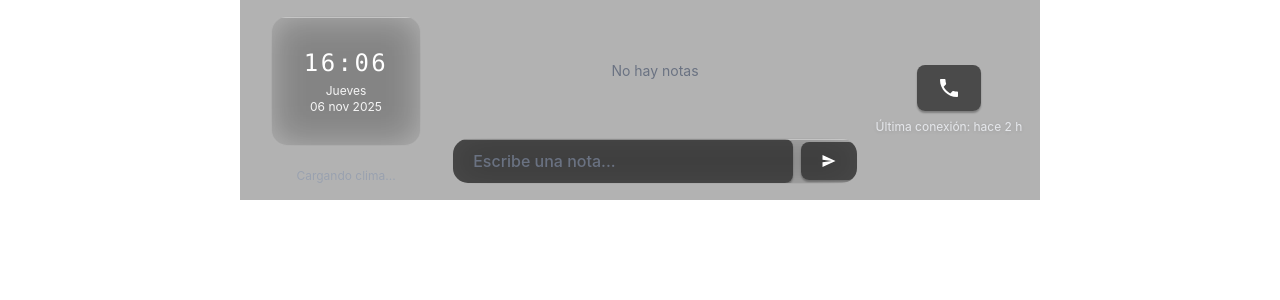
Repository: CodeByEvans/my-romantic-widget
Page: /
These files come from the project's save history. The page is drawn as it stood at one moment and after the next save; the edit follows.
The browser window is 1280 px wide. The pictures show the whole page.
The page's requests for data from a server got no answer. The project was rebuilt for these pictures with package versions that can differ from the ones it lists, and the page was loaded fresh each time. No one was signed in, and anything a server would have sent is missing. Also part of the build but not shown: vite.config.ts.

Above is the page before, as saved 2025-11-07 12:39:59.

### src/App.tsx
import "./App.css";
import { Clock } from "./components/Clock";
import { WeatherWidget } from "./components/WeatherWidget";
import { NotesList } from "./components/NotesList";
import { NoteInput } from "./components/NoteInput";
import { CallButton } from "./components/CallButton";

function App() {
  return (
    <main data-tauri-drag-region>
      {/* Clima + Reloj */}
      <section className="flex flex-col justify-between items-center h-full w-[180px] gap-2">
        <Clock />
        <WeatherWidget />
      </section>

      {/* Notas + input */}
      <section className="flex flex-col justify-between h-full flex-1">
        <NotesList />
        <NoteInput />
      </section>

      {/* Llamada */}
      <section className="flex flex-col justify-center items-center h-full w-[150px]">
        <CallButton />
        <p className="text-xs text-gray-200 mt-2 drop-shadow-sm">
          Última conexión: hace 2 h
        </p>
      </section>
    </main>
  );
}

export default App;

### src/App.css
@import "tailwindcss";

/* ======== CONFIGURACIÓN BASE ======== */
:root {
  font-family: Inter, Avenir, Helvetica, Arial, sans-serif;
  font-size: 16px;
  line-height: 24px;
  font-weight: 400;
  color: #f6f6f6;
  font-synthesis: none;
  text-rendering: optimizeLegibility;
  -webkit-font-smoothing: antialiased;
  -moz-osx-font-smoothing: grayscale;
  -webkit-text-size-adjust: 100%;
}

/* ======== ESTILO GLOBAL DE LA APP ======== */
main {
  position: relative;
  width: 800px;
  height: 200px;
  margin: 0 auto;
  display: flex;
  align-items: center;
  justify-content: space-between;
  gap: 1rem;
  padding: 1rem;

  /* Fondo cristal oscuro */
  background: rgba(0, 0, 0, 0.3);
  backdrop-filter: blur(18px) saturate(160%);
  -webkit-app-region: drag; /* Permitir mover la ventana */
}

/* ======== ELEMENTOS ======== */
input,
button {
  border-radius: 8px;
  border: 1px solid transparent;
  padding: 0.6em 1.2em;
  font-size: 1em;
  font-weight: 500;
  font-family: inherit;
  color: #fff;
  background-color: rgba(30, 30, 30, 0.7);
  transition: border-color 0.25s, background-color 0.25s;
  box-shadow: 0 2px 2px rgba(0, 0, 0, 0.3);
  -webkit-app-region: no-drag;
}

button:hover {
  border-color: #396cd8;
}

button:active {
  background-color: rgba(40, 40, 40, 0.7);
}

/* Enlaces */
a {
  font-weight: 500;
  color: #61dafb;
  text-decoration: inherit;
}

a:hover {
  color: #24c8db;
}

/* Otros elementos */
h1 {
  text-align: center;
}

.theme-glass {
  border-radius: 16px;
  border: 1px solid rgba(255, 255, 255, 0.15);
  background: rgba(255, 255, 255, 0.05);
  backdrop-filter: blur(18px) saturate(160%);
  position: relative;
  overflow: hidden;
}

/* Capa de brillo sutil */
.theme-glass::before {
  content: "";
  position: absolute;
  inset: 0;
  background: rgba(255, 255, 255, 0.1);
  opacity: 0;
  transition: opacity 0.5s;
}

.theme-glass:hover::before {
  opacity: 0.2;
}

/* Reflejo superior */
.theme-glass::after {
  content: "";
  position: absolute;
  top: 0;
  left: 0;
  right: 0;
  height: 1px;
  background: rgba(255, 255, 255, 0.4);
}

/* ======== INPUTS GENÉRICOS TEMÁTICOS ======== */
.theme-input {
  flex: 1;
  font-size: 0.9rem;
  padding: 0.6em 0.8em;
  border-radius: 10px;
  border: 1px solid var(--input-border);
  background: var(--input-bg);
  color: var(--input-text);
  transition: background 0.3s, border-color 0.3s, color 0.3s;
}

.theme-input::placeholder {
  color: var(--input-placeholder);
}

.theme-input:focus {
  outline: none;
  border-color: var(--input-border-focus);
  background: var(--input-bg-focus);
}

/* ======== BOTÓN TEMÁTICO ======== */
.theme-button {
  display: flex;
  align-items: center;
  justify-content: center;
  padding: 0.5rem;
  border-radius: 50%;
  border: 1px solid transparent;
  background: var(--button-bg);
  color: var(--button-text);
}

.theme-button:hover {
  background: var(--button-bg-hover);
  border-color: var(--button-border-hover);
}

### src/components/Clock.tsx
import { useEffect, useState } from "react";

export const Clock = () => {
  const [time, setTime] = useState(new Date());

  useEffect(() => {
    const interval = setInterval(() => {
      setTime(new Date());
    }, 1000);
    return () => clearInterval(interval);
  }, []);

  const hours = time.getHours().toString().padStart(2, "0");
  const minutes = time.getMinutes().toString().padStart(2, "0");

  const day = time.toLocaleDateString("es-ES", { weekday: "long" });
  const date = time.toLocaleDateString("es-ES", {
    day: "2-digit",
    month: "short",
    year: "numeric",
  });

  return (
    <div className=" rounded-xl  px-3 py-2 flex flex-col items-center justify-center w-[150px] h-[130px] theme-glass ">
      <p className="text-2xl font-mono tracking-widest text-white">
        {hours}:{minutes}
      </p>
      <p className="text-xs text-white-600 mt-1 capitalize">{day}</p>
      <p className="text-xs text-white-500">{date}</p>
    </div>
  );
};

### src/components/WeatherWidget.tsx
import { JSX } from "react";
import { useWeather } from "../hooks/useWeather";
import {
  WiDaySunny,
  WiCloud,
  WiRain,
  WiSnow,
  WiThunderstorm,
  WiFog,
  WiDayHaze,
} from "react-icons/wi";

const weatherStyles: Record<string, { icon: JSX.Element }> = {
  Thunderstorm: {
    icon: <WiThunderstorm size={32} />,
  },
  Drizzle: {
    icon: <WiRain size={32} />,
  },
  Rain: {
    icon: <WiRain size={32} />,
  },
  Snow: {
    icon: <WiSnow size={32} />,
  },
  Mist: {
    icon: <WiFog size={32} />,
  },
  Haze: {
    icon: <WiDayHaze size={32} />,
  },
  Clear: {
    icon: <WiDaySunny size={32} />,
  },
  Clouds: {
    icon: <WiCloud size={32} />,
  },
  Fog: {
    icon: <WiFog size={32} />,
  },
};

export const WeatherWidget = () => {
  const { data, loading, errorWeather } = useWeather();

  if (errorWeather)
    return <div className="text-xs text-red-400">{errorWeather}</div>;
  if (loading || !data)
    return <div className="text-xs text-gray-400">Cargando clima...</div>;

  const [city, info] = Object.entries(data)[0] || [];
  const temp = Math.round(info.main.temp);
  const condition = info.weather[0].main;

  const style = weatherStyles[condition] || weatherStyles["Clouds"];

  return (
    <div
      className={`theme-glass flex flex-col items-center justify-center
                  w-[150px] h-[100px] transition-all duration-500`}
    >
      <div className="flex items-center gap-4">
        <div className="animate-pulse-slow">{style.icon}</div>
        <div className="flex flex-col items-start leading-tight">
          <h2 className="text-xs font-semibold tracking-wide drop-shadow-sm">
            {city}
          </h2>
          <p className="text-lg font-bold drop-shadow-sm">{temp}°C</p>
        </div>
      </div>
    </div>
  );
};

### src/components/NotesList.tsx
import { useRealTimeNotes } from "../hooks/useRealTimeNotes";

export const NotesList = () => {
  const notes = useRealTimeNotes();

  const sortedNotes = [...notes].sort(
    (a, b) =>
      new Date(b.created_at).getTime() - new Date(a.created_at).getTime()
  );

  const noteToShow = sortedNotes[0];
  if (!noteToShow)
    return (
      <div className="flex items-center justify-center h-[110px] text-gray-500 text-sm">
        No hay notas
      </div>
    );

  return (
    <div className="bg-white rounded-xl backdrop-blur-sm shadow-inner p-3 h-[110px] overflow-hidden">
      <div className="flex justify-between items-center mb-1">
        <h3 className="font-semibold text-sm text-gray-700">
          {noteToShow.from}
        </h3>
        <small className="text-xs text-gray-400">
          {new Date(noteToShow.created_at).toLocaleString()}
        </small>
      </div>
      <p className="text-gray-700 text-sm italic line-clamp-3">
        {noteToShow.message}
      </p>
    </div>
  );
};

### src/components/NoteInput.tsx
import { IoMdSend } from "react-icons/io";

export const NoteInput = () => {
  return (
    <form className="flex items-center gap-2 mt-2 theme-glass ">
      <input
        type="text"
        placeholder="Escribe una nota..."
        className="flex-1 text-sm px-3 py-2 rounded-lg bg-white text-gray-800 placeholder-gray-500 focus:outline-none focus:ring-2 focus:ring-blue-300 transition-all"
      />
      <button
        type="submit"
        className="p-2 bg-blue-500 rounded-full text-white hover:bg-blue-600 transition-colors"
      >
        <IoMdSend size={16} />
      </button>
    </form>
  );
};

### src/components/CallButton.tsx
import { IoMdCall } from "react-icons/io";

export const CallButton = () => {
  return (
    <div className="flex flex-col items-center justify-center">
      <button className="p-4 bg-green-500 text-white rounded-full shadow-md hover:bg-green-600 hover:scale-105 transition-transform">
        <IoMdCall size={24} />
      </button>
    </div>
  );
};

### src/hooks/useWeather.ts
import { useEffect, useState } from "react";
import {
  getCityByCoordinates,
  getWeatherByCity,
} from "../services/weatherService";
import { WeatherData } from "../types/weather";
import { useGeolocation } from "./useGeolocation";

export const useWeather = () => {
  const { coords, error } = useGeolocation();
  const [data, setData] = useState<Record<string, WeatherData> | null>(null);
  const [loading, setLoading] = useState<boolean>(false);
  const [errorWeather, setErrorWeather] = useState<string | null>(null);

  useEffect(() => {
    if (error) setErrorWeather(error);
  }, [error]);

  useEffect(() => {
    if (!coords) return;

    const fetchWeather = async () => {
      setLoading(true);
      try {
        const city = await getCityByCoordinates(
          coords.latitude,
          coords.longitude
        );
        const weather = await getWeatherByCity(city[0].name);
        setData({ [city[0].name]: weather });
      } catch (error) {
        console.error(error);
      } finally {
        setLoading(false);
      }
    };

    fetchWeather();
  }, [coords]);

  return { data, loading, errorWeather };
};

### src/hooks/useRealTimeNotes.ts
import { useEffect, useState } from "react";
import z from "zod";
import { supabase } from "../services/supabaseClient";

const noteSchema = z.object({
  id: z.number(),
  from: z.string(),
  message: z.string(),
  created_at: z.string(),
});

type Note = z.infer<typeof noteSchema>;

export const useRealTimeNotes = () => {
  const [notes, setNotes] = useState<Note[]>([]);

  useEffect(() => {
    // Cargar notas iniciales
    supabase
      .from<"notes", Note>("notes")
      .select("*")
      .then(({ data, error }) => {
        if (data) {
          setNotes(data);
          console.log("Notas cargadas:", data);
        } else {
          console.error("Error fetching notes:", error);
        }
      });

    // Suscripción en tiempo real
    const channel = supabase
      .channel("public:notes")
      .on(
        "postgres_changes",
        { event: "*", schema: "public", table: "notes" },
        (payload) => {
          console.log("Cambio dettectado:", payload);

          if (payload.eventType === "INSERT") {
            const newNote = noteSchema.parse(payload.new);
            setNotes((prevNotes) => [...prevNotes, newNote]);
            console.log("Nota añadida:", newNote);
          } else if (payload.eventType === "UPDATE") {
            setNotes((prev) =>
              prev.map((note) =>
                note.id === payload.new.id
                  ? noteSchema.parse(payload.new)
                  : note
              )
            );
          } else if (payload.eventType === "DELETE") {
            setNotes((prev) =>
              prev.filter((note) => note.id !== payload.old.id)
            );
          }
        }
      )
      .subscribe();

    return () => {
      supabase.removeChannel(channel);
    };
  }, []);

  return notes;
};

### src/services/weatherService.ts
import { envs } from "../config/envs";

export const getWeatherByCity = async (city: string) => {
  const response = await fetch(
    `https://api.openweathermap.org/data/2.5/weather?q=${city}&appid=${envs.openWeatherApiKey}&units=metric`
  );

  if (!response.ok) {
    throw new Error("No se pudo obtener el clima");
  }
  return response.json();
};

export const getCityByCoordinates = async (lat: number, lon: number) => {
  const response = await fetch(
    `https://api.openweathermap.org/geo/1.0/reverse?lat=${lat}&lon=${lon}&limit=1&appid=${envs.openWeatherApiKey}`
  );

  if (!response.ok) {
    throw new Error("No se pudo obtener la ciudad");
  }

  return response.json();
};

### src/hooks/useGeolocation.ts
import { useEffect, useState } from "react";

export const useGeolocation = () => {
  const [coords, setCoords] = useState<{
    latitude: number;
    longitude: number;
  } | null>(null);
  const [error, setError] = useState<string | null>(null);

  useEffect(() => {
    if (!navigator.geolocation) {
      setError("Geolocalización no soportada por el navegador");
      return;
    }

    navigator.geolocation.getCurrentPosition(
      (position) => {
        setCoords({
          latitude: position.coords.latitude,
          longitude: position.coords.longitude,
        });
      },
      (err) => {
        setError(`Error obteniendo la geolocalización: ${err.message}`);
      }
    );
  }, []);

  return { coords, error };
};

### src/services/supabaseClient.ts
import { createClient } from "@supabase/supabase-js";
import { envs } from "../config/envs";

export const supabase = createClient(envs.supabaseUrl, envs.supabaseAnonKey, {
  realtime: {
    params: {
      eventsPerSecond: 10,
    },
  },
});

### src/config/envs.ts
import * as z from "zod";

const envSchema = z.object({
  VITE_SUPABASE_URL: z.string().url(),
  VITE_SUPABASE_ANON_KEY: z.string().min(1),
  VITE_OPEN_WEATHER_API_KEY: z.string().min(1),
});

const parsed = envSchema.parse(import.meta.env);

export const envs = {
  supabaseUrl: parsed.VITE_SUPABASE_URL,
  supabaseAnonKey: parsed.VITE_SUPABASE_ANON_KEY,
  openWeatherApiKey: parsed.VITE_OPEN_WEATHER_API_KEY,
};

Loaded but not shown: index.html (common file); src/main.tsx (common file)

After the next save:
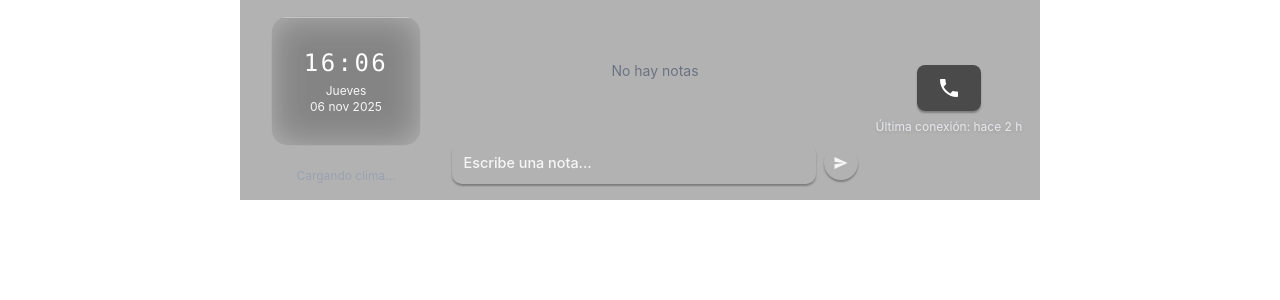
Saved 11 s later.
--- a/src/components/NoteInput.tsx
+++ b/src/components/NoteInput.tsx
@@ -2,16 +2,13 @@ import { IoMdSend } from "react-icons/io";
 
 export const NoteInput = () => {
   return (
-    <form className="flex items-center gap-2 mt-2 theme-glass ">
+    <form className="flex items-center gap-2 mt-2">
       <input
         type="text"
         placeholder="Escribe una nota..."
-        className="flex-1 text-sm px-3 py-2 rounded-lg bg-white text-gray-800 placeholder-gray-500 focus:outline-none focus:ring-2 focus:ring-blue-300 transition-all"
+        className="theme-input"
       />
-      <button
-        type="submit"
-        className="p-2 bg-blue-500 rounded-full text-white hover:bg-blue-600 transition-colors"
-      >
+      <button type="submit" className="theme-button">
         <IoMdSend size={16} />
       </button>
     </form>
